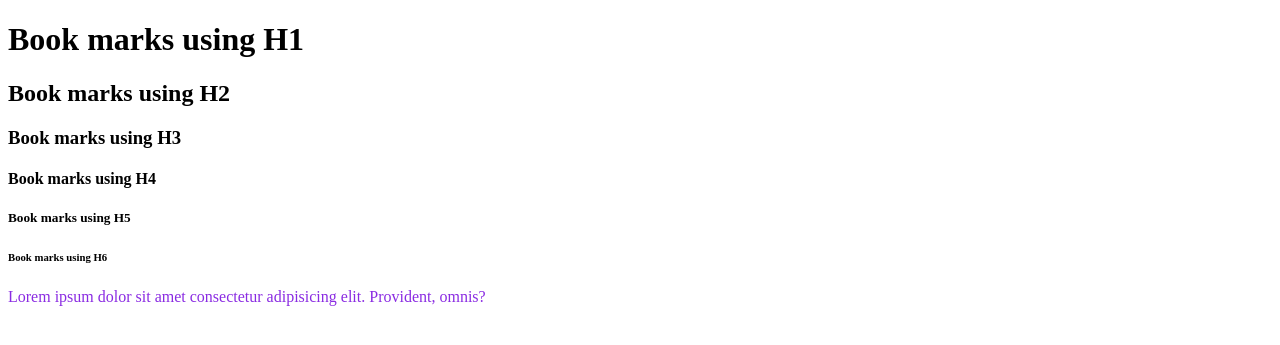
Repository: Mohan2347/Project-2
Page: 2.html
The author's editor kept a copy of each file at every save. The page is drawn from the files as they stood at one save, then again after the next save.
The browser window is 1280 px wide. The pictures show the whole page.

Above is the page before, as saved 2024-11-02 20:38:09.

### 2.html
<!DOCTYPE html>
<html lang="en">
<head>
    <meta charset="UTF-8">
    <meta name="viewport" content="width=device-width, initial-scale=1.0">
    <title>MyBookmarks-Mohan</title>
</head>
<body>
    <h1>Book marks using H1</h1>
    <h2>Book marks using H2</h2>
    <h3>Book marks using H3</h3>
    <h4>Book marks using H4</h4>
    <h5>Book marks using H5</h5>
    <h6>Book marks using H6</h6>

    <p style="color: blueviolet;">Lorem ipsum dolor sit amet consectetur adipisicing elit. Provident, omnis?</p>
</body>
</html>

After the next save:
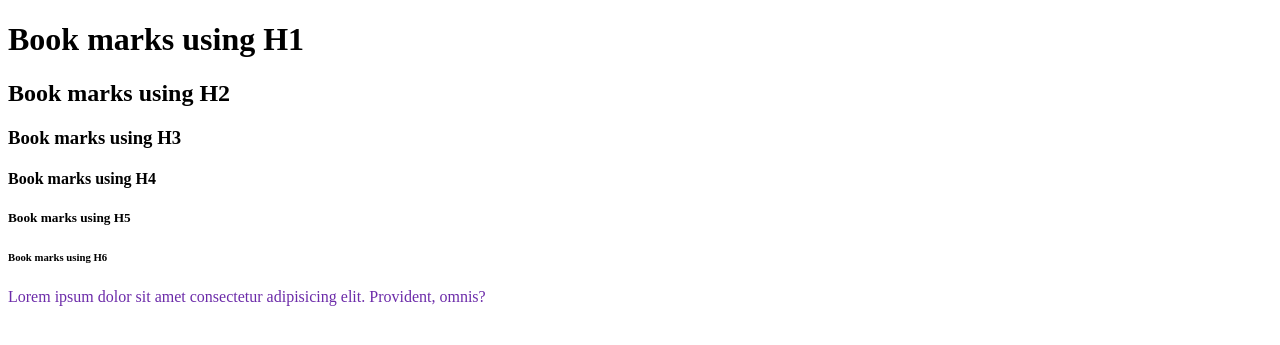
Saved 11 s later.
--- a/2.html
+++ b/2.html
@@ -13,6 +13,6 @@
     <h5>Book marks using H5</h5>
     <h6>Book marks using H6</h6>
 
-    <p style="color: blueviolet;">Lorem ipsum dolor sit amet consectetur adipisicing elit. Provident, omnis?</p>
+    <p style="color: rgb(108, 43, 169);">Lorem ipsum dolor sit amet consectetur adipisicing elit. Provident, omnis?</p>
 </body>
 </html>
